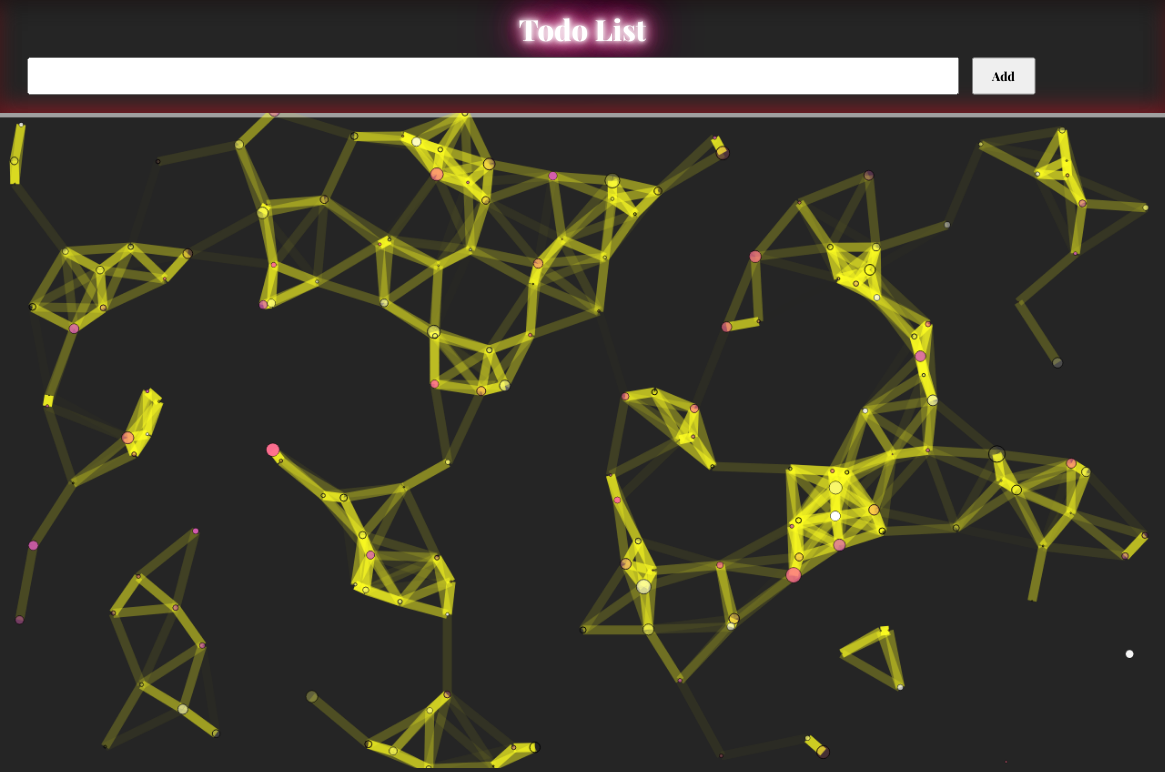
Repository: TENSAEA/----todo
Page: index.html
The author's editor kept a copy of each file at every save. The page is drawn from the files as they stood at one save, then again after the next save.
The browser window is 1280 px wide. The pictures show the whole page, at 91% of full size.
Some web fonts or font styles are not loaded; a fallback is used.

Above is the page before, as saved 2023-10-12 22:26:23.

### index.html
<!DOCTYPE html>
<html lang="en">
  <head>
    <meta charset="UTF-8" />
    <meta name="viewport" content="width=device-width, initial-scale=1.0" />
    <title>TodoList</title>
    <link rel="stylesheet" href="style.css" />
  </head>
  <body>
    <div id="particle">
      <div class="container">
        <h1>Todo List</h1>
        <div class="header">
          <form class="form">
            <input type="text" id="add" />
            <label for="add"><button id="addBtn">Add</button></label>
          </form>
        </div>
        <div class="list-div">
          <!-- <div class="list-hide">
          <ul class="list">
            <li>
              <input class="list-text" type="text" id="edit" readonly />
              <label for="edit">
                <button class="edit">Edit</button
                ><button class="delete">Delete</button>
              </label>
            </li>
          </ul>
        </div> -->
        </div>
      </div>
    </div>
    <script src="particles.js"></script>
    <script src="https://cdn.jsdelivr.net/npm/particles.js@2.0.0/particles.min.js"></script>
    <script src="script.js"></script>
  </body>
</html>

### style.css
@import url('https://fonts.googleapis.com/css2?family=Bungee+Spice&family=Playfair+Display:wght@800&display=swap');

*{
   box-sizing:border-box;
   margin:0;
   padding:0;
   font-family: 'Bungee Spice', sans-serif;
font-family: 'Playfair Display', serif;}
body{
    background-color: #252525;
}

#particle{
    position: absolute;
      top: 0;
      left: 0;
      width: 100%;
      height: 100%;
      z-index: 2;

}

.container{
    -webkit-box-shadow: 0px 0px 0px 5px #A0A0A0, inset 0px 10px 27px -8px #141414, inset 0px -10px 27px -8px #A31925, 5px 5px 15px 5px rgba(0,0,0,0);
box-shadow: 0px 0px 0px 5px #A0A0A0, inset 0px 10px 27px -8px #141414, inset 0px -10px 27px -8px #A31925, 5px 5px 15px 5px rgba(0,0,0,0);
    display: flex;
    flex-direction: column;
    padding: 10;
}

.container h1{
    padding:10px;
    text-align:center;
    color: #FFFFFF;
text-shadow: #FFF 0px 0px 5px, #FFF 0px 0px 10px, #FFF 0px 0px 15px, #FF2D95 0px 0px 20px, #FF2D95 0px 0px 30px, #FF2D95 0px 0px 40px, #FF2D95 0px 0px 50px, #FF2D95 0px 0px 75px;
color: #FFFFFF;


}

.header{
    padding-bottom: 20px;
}

#add{
    padding: 10px;
    width:80%;
    margin-left:30px;
}
.form label button{
    padding:10px;
    width:70px;
    margin-left:10px;
    cursor: pointer;
}

.list{
    padding-bottom: 20px;
}

.list li{
    list-style-type: none;
}

.list-div .list li .list-text{
    padding: 10px;
    width:60%;
    margin-left:60px;
}
.edit,.delete{
    padding:10px;
    width:70px;
    margin-left:10px;
    cursor: pointer;
}

@media (max-width:636px){
    .form label button{
        padding:10px;
        width:70px;
        margin:3% 40%;
        cursor: pointer;
    }
    .edit,.delete{
        padding:10px;
        width:70px;
        margin:2% 38%;
        cursor: pointer;
    }
    }

### particles.js
var config = {
  particles: {
    number: {
      value: 150,

      density: {
        enable: true,
        value_area: 786,
      },
    },
    color: {
      value: ["#ffffff", "#FF6F91", "#F9F871", "#D65DB1"],
    },
    shape: {
      type: "circle",
      stroke: {
        width: 1,
        color: "#000000",
      },
      polygon: {
        nb_sides: 12,
      },
      image: {
        src: "",
        width: 100,
        height: 100,
      },
    },
    opacity: {
      value: 1,
      random: true,
      anim: {
        enable: true,
        speed: 1,
        opacity_min: 0,
        sync: false,
      },
    },
    size: {
      value: 10,
      random: true,
      anim: {
        enable: true,
        speed: 3,
        size_min: 0.3,
        sync: false,
      },
    },
    line_linked: {
      enable: true,
      distance: 100,
      color: "#ff2",
      opacity: 1,
      width: 10,
    },
    move: {
      enable: true,
      speed: 1.3,
      direction: "top",
      random: true,
      straight: true,
      out_mode: "out",
      bounce: false,
      attract: {
        enable: true,
        rotateX: 2082.2488,
        rotateY: 3363.6328,
      },
    },
  },
  interactivity: {
    detect_on: "canvas",
    events: {
      onhover: {
        enable: true,
        mode: "grab",
      },
      onclick: {
        enable: true,
        mode: "repulse",
      },
      resize: true,
    },
    modes: {
      grab: {
        distance: 70,
        line_linked: {
          opacity: 0.5,
        },
      },
      bubble: {
        distance: 100,
        size: 5,
        duration: 8.598243,
        opacity: 0,
        speed: 3,
      },
      repulse: {
        distance: 150,
        duration: 0.8,
      },
      push: {
        particles_nb: 4,
      },
      remove: {
        particles_nb: 2,
      },
    },
  },
  retina_detect: true,
};

window.onload = function () {
  let clause = window.innerWidth < 768;
  config.particles.number.value = clause ? 80 : 150;
  particlesJS("particle", config);
};

### script.js
window.addEventListener("load", () => {
  let addInput = document.getElementById("add");
  let addBtn = document.getElementById("addBtn");

  addBtn.addEventListener("click", (e) => {
    e.preventDefault();
    console.log("clicked");
    let list = document.querySelector(".list-div");
    let ul = document.createElement("ul");
    ul.classList.add("list");
    let li = document.createElement("li");
    ul.appendChild(li);
    let input = document.createElement("input");
    input.classList.add("list-text");
    input.type = "text";
    input.id = "edit";
    input.setAttribute("readonly", "readonly");
    input.value = addInput.value;
    li.appendChild(input);

    let label = document.createElement("label");
    label.setAttribute("for", "edit");
    li.appendChild(label);
    let buttonOne = document.createElement("button");
    buttonOne.classList.add("edit");
    buttonOne.textContent = "Edit";
    label.appendChild(buttonOne);
    let buttonTwo = document.createElement("button");
    buttonTwo.classList.add("delete");
    buttonTwo.textContent = "Delete";
    label.appendChild(buttonTwo);

    let listHide = document.createElement("div");
    listHide.classList.add("list-hide");

    listHide.appendChild(ul);
    list.appendChild(listHide);

    buttonOne.addEventListener("click", () => {
      if (buttonOne.textContent.toLowerCase() == "edit") {
        input.removeAttribute("readonly");
        buttonOne.textContent = "Save";
        input.focus();
      } else {
        input.setAttribute("readonly", "readonly");
        buttonOne.textContent = "Edit";
      }
    });

    buttonTwo.addEventListener("click", () => {
      list.removeChild(listHide);
    });
  });
});

After the next save:
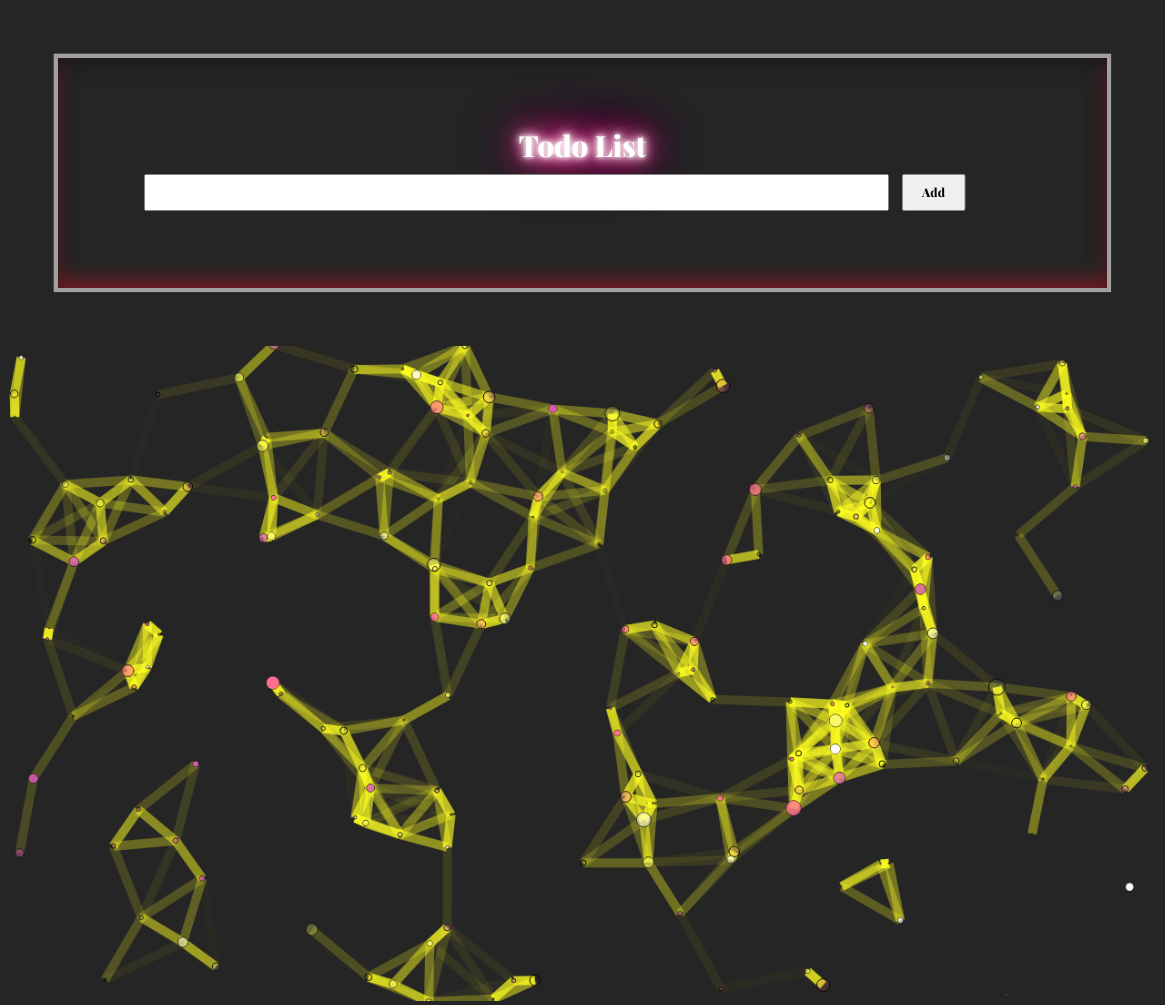
Saved 2 min 37 s later.
--- a/style.css
+++ b/style.css
@@ -25,7 +25,8 @@ body{
 box-shadow: 0px 0px 0px 5px #A0A0A0, inset 0px 10px 27px -8px #141414, inset 0px -10px 27px -8px #A31925, 5px 5px 15px 5px rgba(0,0,0,0);
     display: flex;
     flex-direction: column;
-    padding: 10;
+    padding: 5%;
+    margin:5%
 }
 
 .container h1{
